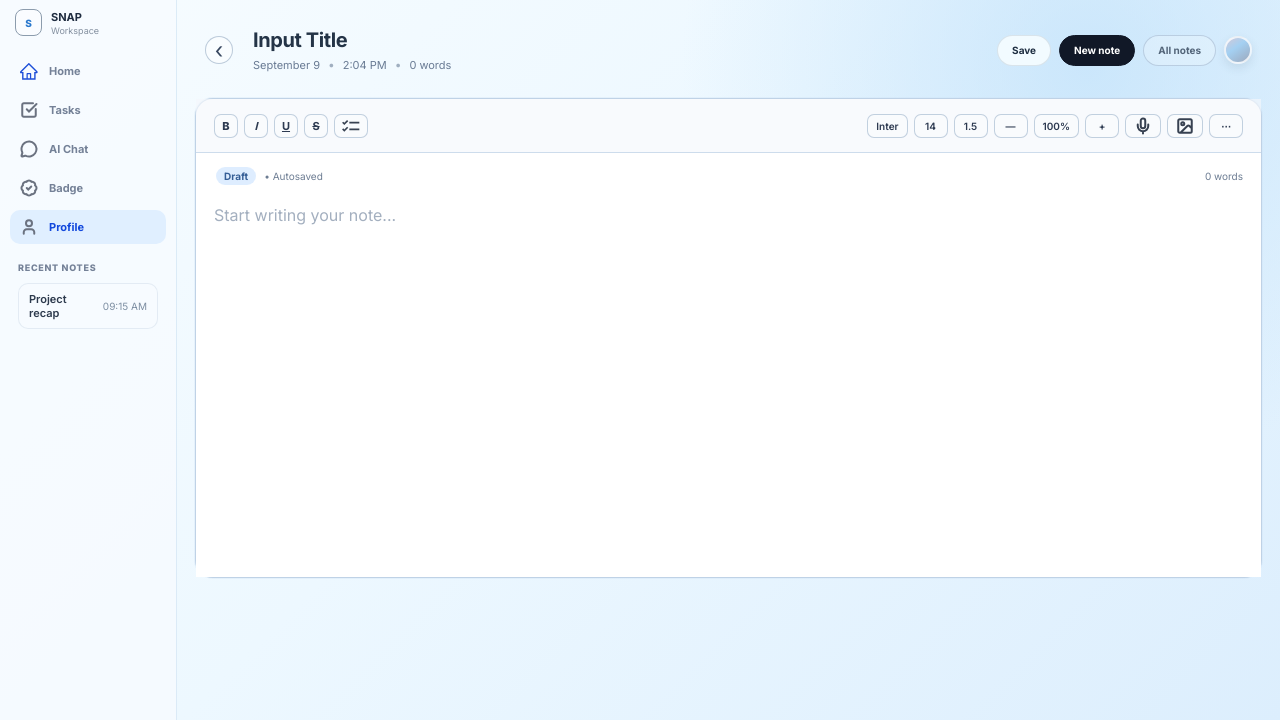
Repository: Lee-Productions-Inc/SNAP_productions
Page: pages/dashboard/notes/notes.html
An editor plug-in stored every save of this project. The page is shown before and after the next save, followed by the edit.
The browser window is 1280 px wide. The pictures show the whole page.

Above is the page before, as saved 2026-09-22 19:28:28.

After the next save:
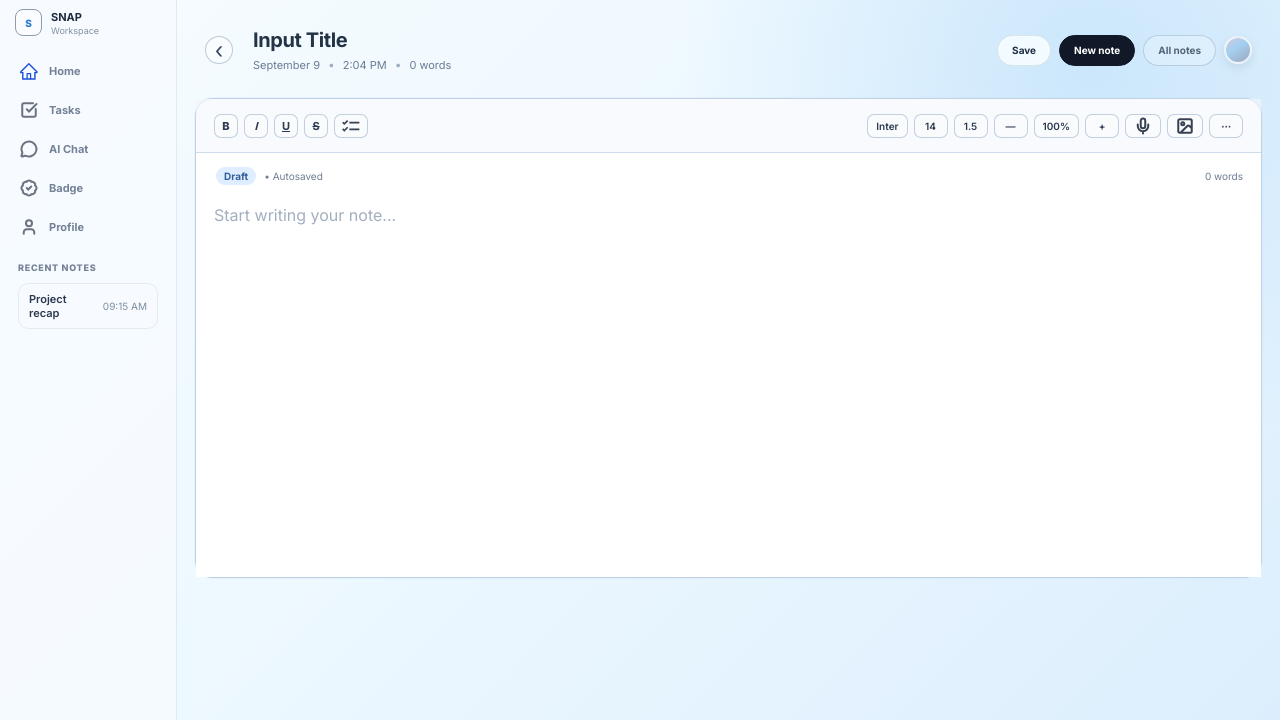
Saved 31 s later.
--- a/pages/dashboard/notes/notes.html
+++ b/pages/dashboard/notes/notes.html
@@ -37,7 +37,7 @@
             <img class="nav-icon" src="../../../assets/main icons/badge-check.svg" alt="" aria-hidden="true" />
             <span>Badge</span>
           </a>
-          <a class="nav-item active" href="../../../pages/profile.html">
+          <a class="nav-item" href="../../../pages/profile.html">
             <img class="nav-icon" src="../../../assets/main icons/user.svg" alt="" aria-hidden="true" />
             <span>Profile</span>
           </a>
